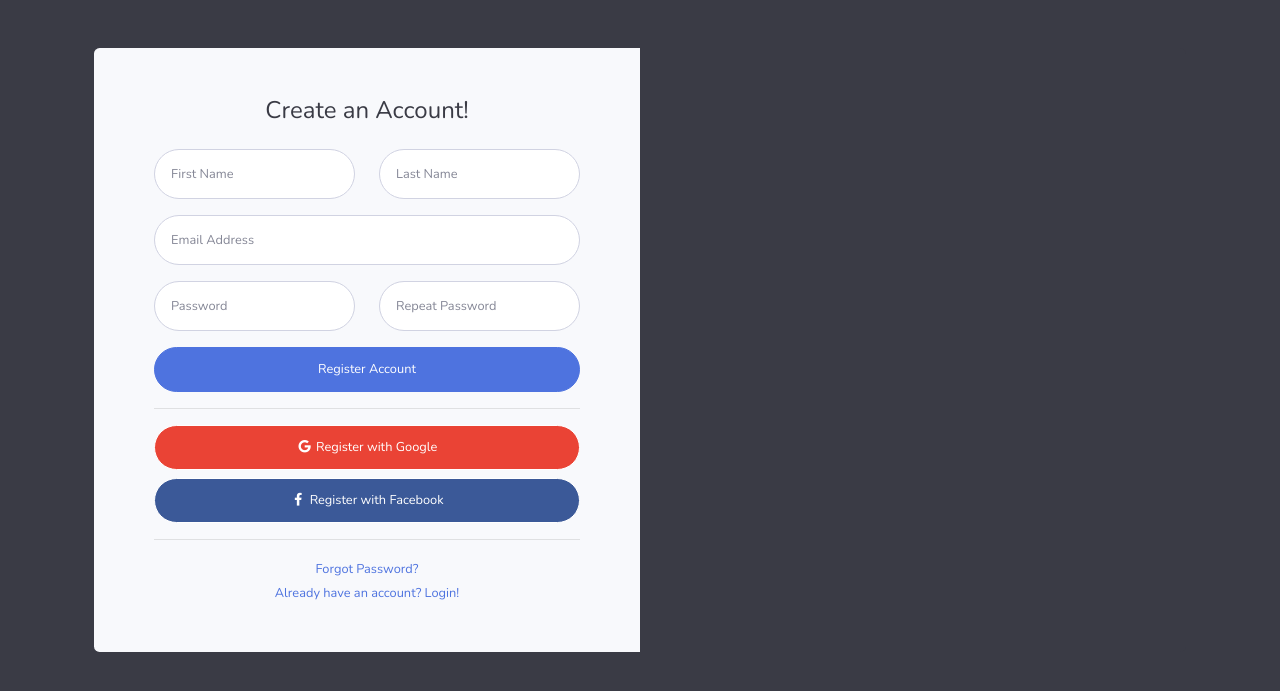
Repository: TuanLe8899/SpringBootProject
Page: http://localhost/register
The author's editor kept a copy of each file at every save. The page is drawn from the files as they stood at one save, then again after the next save.
The browser window is 1280 px wide. The pictures show the whole page.
The page is this project's Thymeleaf template; nobody is signed in. Other server files are loaded and not shown. The template is opened directly, without the code that normally fills it, so the values that code supplies are empty.

Above is the page before, as saved 2022-08-24 15:03:48.

### complaint_management/src/main/resources/templates/register.html
<!DOCTYPE html>
<html lang="en" xmlns="http://www.w3.org/1999/xhtml" xmlns:th="http://www.thymeleaf.org"
    xmlns:sec="http://www.thymeleaf.org" xmlns:layout="http://www.ultraq.net.nz/thymeleaf/layout">

<head>

    <meta charset="utf-8">
    <meta http-equiv="X-UA-Compatible" content="IE=edge">
    <meta name="viewport" content="width=device-width, initial-scale=1, shrink-to-fit=no">
    <meta name="description" content="">
    <meta name="author" content="">

    <title>register</title>

    <!-- Custom fonts for this template-->
    <link th:href="@{/vendor/fontawesome-free/css/all.min.css}" rel="stylesheet" type="text/css">
    <link
        href="https://fonts.googleapis.com/css?family=Nunito:200,200i,300,300i,400,400i,600,600i,700,700i,800,800i,900,900i"
        rel="stylesheet">

    <!-- Custom styles for this template-->
    <link th:href="@{/css/sb-admin-2.min.css}" rel="stylesheet">

</head>

<body class="bg-gray-900">

    <div class="container">

        <div class="card o-hidden border-0 my-5 bg-gray-900 d-flex justify-content-center">
            <div class="card-body p-0">
                <!-- Nested Row within Card Body -->
                <div class="col-6 bg-gray-100">
                    <div class="p-5">
                        <div class="text-center">
                            <h1 class="h4 text-gray-900 mb-4">Create an Account!</h1>
                        </div>
                        <form class="user">
                            <div class="form-group row">
                                <div class="col-sm-6 mb-3 mb-sm-0">
                                    <input type="text" class="form-control form-control-user" id="exampleFirstName"
                                        placeholder="First Name">
                                </div>
                                <div class="col-sm-6">
                                    <input type="text" class="form-control form-control-user" id="exampleLastName"
                                        placeholder="Last Name">
                                </div>
                            </div>
                            <div class="form-group">
                                <input type="email" class="form-control form-control-user" id="exampleInputEmail"
                                    placeholder="Email Address">
                            </div>
                            <div class="form-group row">
                                <div class="col-sm-6 mb-3 mb-sm-0">
                                    <input type="password" class="form-control form-control-user"
                                        id="exampleInputPassword" placeholder="Password">
                                </div>
                                <div class="col-sm-6">
                                    <input type="password" class="form-control form-control-user"
                                        id="exampleRepeatPassword" placeholder="Repeat Password">
                                </div>
                            </div>
                            <a href="login.html" class="btn btn-primary btn-user btn-block">
                                Register Account
                            </a>
                            <hr>
                            <a href="index.html" class="btn btn-google btn-user btn-block">
                                <i class="fab fa-google fa-fw"></i> Register with Google
                            </a>
                            <a href="index.html" class="btn btn-facebook btn-user btn-block">
                                <i class="fab fa-facebook-f fa-fw"></i> Register with Facebook
                            </a>
                        </form>
                        <hr>
                        <div class="text-center">
                            <a class="small" href="forgot-password.html">Forgot Password?</a>
                        </div>
                        <div class="text-center">
                            <a class="small" href="login.html">Already have an account? Login!</a>
                        </div>
                    </div>
                </div>
            </div>
        </div>

    </div>

    <!-- Bootstrap core JavaScript-->
    <script th:src="@{/vendor/jquery/jquery.min.js}"></script>
    <script th:src="@{/vendor/bootstrap/js/bootstrap.bundle.min.js}"></script>

    <!-- Core plugin JavaScript-->
    <script th:src="@{/vendor/jquery-easing/jquery.easing.min.js}"></script>

    <!-- Custom scripts for all pages-->
    <script th:src="@{/js/sb-admin-2.min.js}"></script>

</body>

</html>

Loaded but not shown: complaint_management/src/main/resources/static/css/sb-admin-2.min.css (library); complaint_management/src/main/resources/static/js/sb-admin-2.min.js (common file)

After the next save:
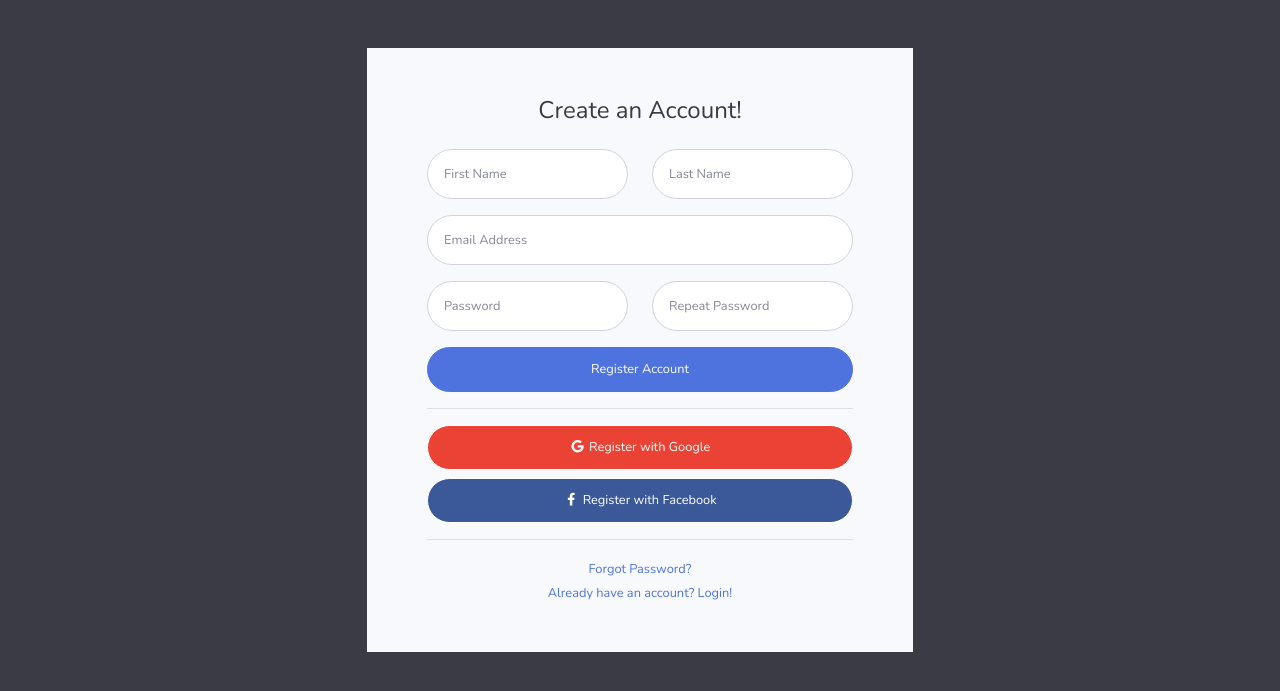
Saved 9 s later.
--- a/complaint_management/src/main/resources/templates/register.html
+++ b/complaint_management/src/main/resources/templates/register.html
@@ -27,8 +27,8 @@
 
     <div class="container">
 
-        <div class="card o-hidden border-0 my-5 bg-gray-900 d-flex justify-content-center">
-            <div class="card-body p-0">
+        <div class="card o-hidden border-0 my-5 bg-gray-900">
+            <div class="card-body p-0 d-flex justify-content-center">
                 <!-- Nested Row within Card Body -->
                 <div class="col-6 bg-gray-100">
                     <div class="p-5">
